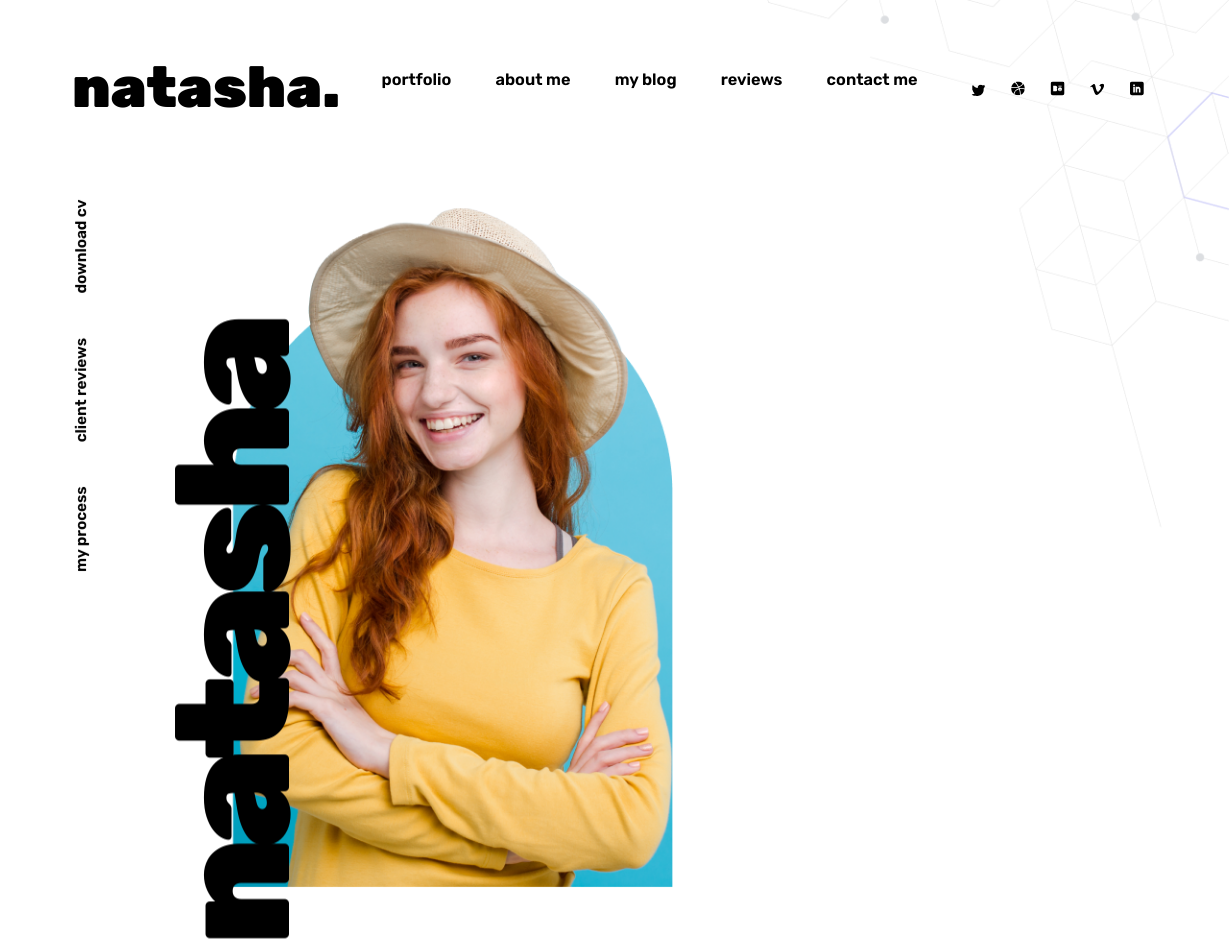
Repository: BuduCE/landing-page
Page: natasha-lp/index.html
These files come from the project's save history. The page is drawn as it stood at one moment and after the next save; the edit follows.
The browser window is 1280 px wide. The pictures show the whole page, at 96% of full size.

Above is the page before, as saved 2022-03-04 22:46:42.

After the next save:
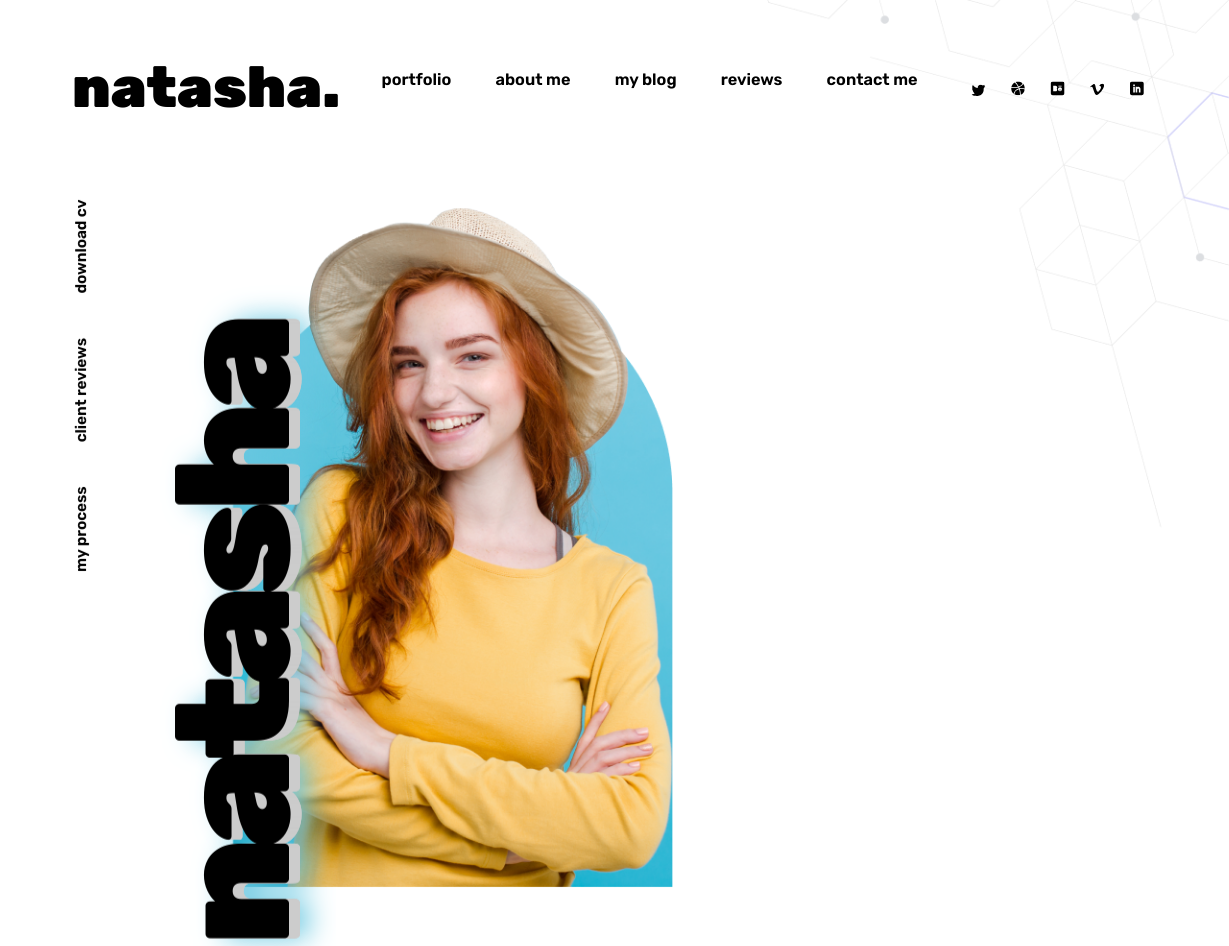
Saved 6 s later.
--- a/natasha-lp/assets/css/style.css
+++ b/natasha-lp/assets/css/style.css
@@ -105,6 +105,6 @@ header {
                      0 7px 0 #ccc, 0 8px 0 #ccc,
                      0 9px 0 #ccc, 0 10px 0 #ccc,
                      0 11px 0 #ccc, 0 12px 0 #ccc,
-                     0 20px 30px background: rgba(107, 200, 225, 1);
+                     0 20px 30px rgba(107, 200, 225, 1);
                      ;
 }

After the save that followed:
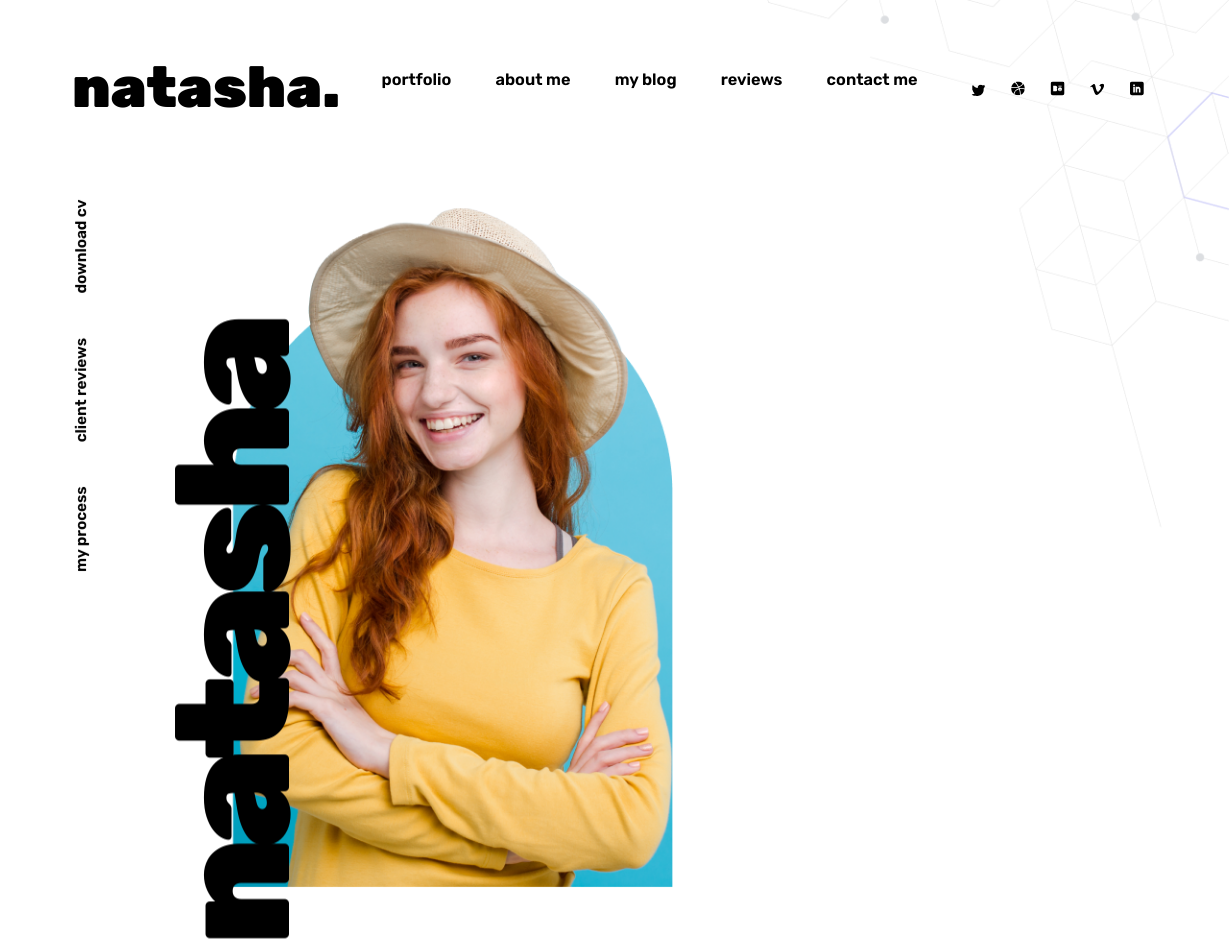
Saved 38 s later.
--- a/natasha-lp/assets/css/style.css
+++ b/natasha-lp/assets/css/style.css
@@ -99,7 +99,8 @@ header {
     font-size: 10.452rem;
     line-height: 13.25rem;
     letter-spacing: -0.7rem;
-    text-shadow: 0 1px 0 #ccc, 0 2px 0 #ccc,
+    text-shadow: 0 1px 0 background: #6BC8E1;
+    , 0 2px 0 #ccc,
                      0 3px 0 #ccc, 0 4px 0 #ccc,
                      0 5px 0 #ccc, 0 6px 0 #ccc,
                      0 7px 0 #ccc, 0 8px 0 #ccc,
